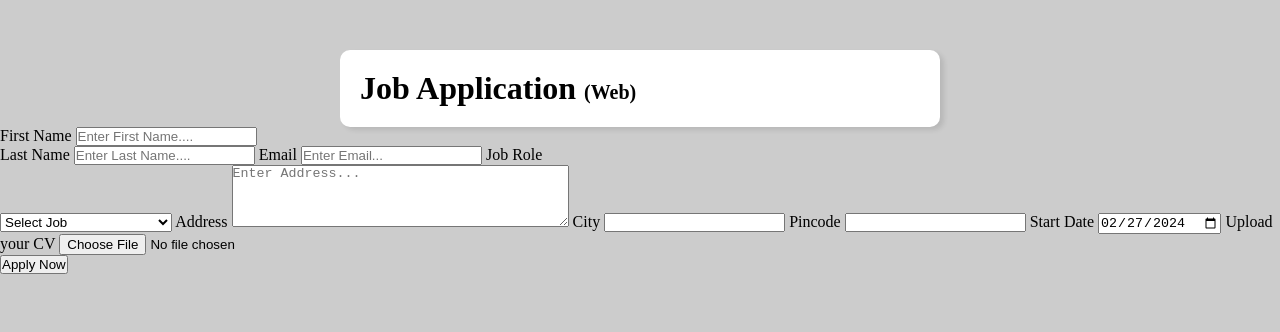
Repository: diensy/JOB-APPLICATION
Page: index.html
An editor plug-in stored every save of this project. The page is shown before and after the next save, followed by the edit.
The browser window is 1280 px wide. The pictures show the whole page.

Above is the page before, as saved 2024-02-27 20:36:58.

### index.html
<!DOCTYPE html>
<html lang="en">
  <head>
    <meta charset="UTF-8" />
    <meta name="viewport" content="width=device-width, initial-scale=1.0" />
    <title>Job Application Form</title>
    <link rel="stylesheet" href="Job_Application.css" />
  </head>
  <body>
    <div class="container">
      <div class="apply">
        <h1>Job Application <span class="web">(Web)</span></h1>
      </div>
    </div>
    <form action="">
      <div class="form_container">
        <div class="form_control">
          <label for="first">First Name</label>
          <input type="text" id="first" placeholder="Enter First Name...." />
        </div>
        <label for="last">Last Name</label>
        <input type="text" id="last" placeholder="Enter Last Name...." />
        <label for="Email">Email</label>
        <input type="email" id="Email" placeholder="Enter Email..." />
        <label for="Job">Job Role</label>
      </div>
      <select name="JobRole" id="Job">
        <option value="Select Job">Select Job</option>
        <option value="JAVA">JAVA DEVELOPER</option>
        <option value="WEB">WEB DEVELOPER</option>
        <option value="BACKEND">BACKEND DEVELOPER</option>
        <option value="MERN DEVELOPER">MERN DEVELOPER</option>
      </select>

      <label for="address">Address</label>

      <textarea
        name="Address"
        id="address"
        cols="40"
        rows="4"
        placeholder="Enter Address..."
      ></textarea>

      <label for="city">City</label>

      <input type="text" id="city" />

      <label for="pin">Pincode</label>

      <input type="text" id="pin" />

      <label for="date">Start Date</label>

      <input value="2024-02-27" type="date" name="date" id="date" />

      <label for="file">Upload your CV</label>

      <input type="file" id="file" />
    </form>
    <button class="applybutton" type="submit">Apply Now</button>
  </body>
</html>

### Job_Application.css
* {
  margin: 0;
  padding: 0;
  box-sizing: border-box;
}
body {
  background-color: #ccc;
}
.apply {
  max-width: 600px;
  padding: 20px;
  background-color: white;
  margin: 0 auto;
  margin-top: 50px;
  box-shadow: 4px 3px 5px rgb(1, 1, 1, 0.1);
  border-radius: 10px;
}
.web {
  font-size: 20px;
}
.applybutton {
}

After the next save:
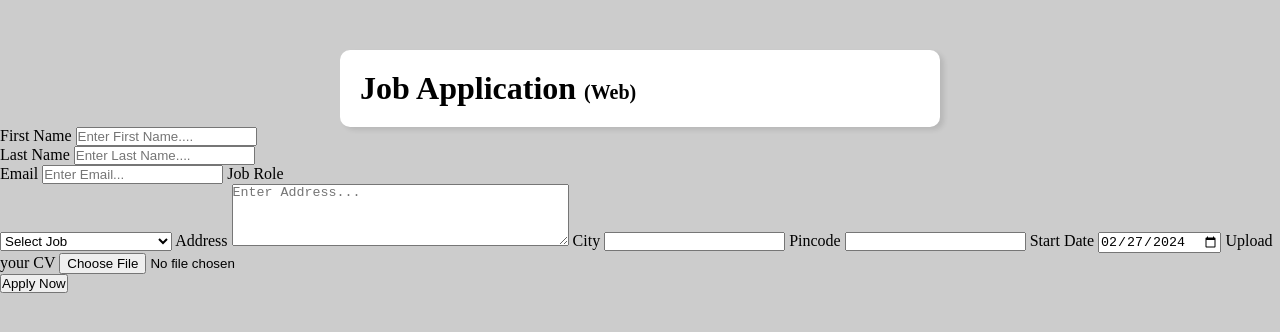
Saved 38 s later.
--- a/index.html
+++ b/index.html
@@ -18,8 +18,10 @@
           <label for="first">First Name</label>
           <input type="text" id="first" placeholder="Enter First Name...." />
         </div>
-        <label for="last">Last Name</label>
-        <input type="text" id="last" placeholder="Enter Last Name...." />
+        <div class="form_control">
+          <label for="last">Last Name</label>
+          <input type="text" id="last" placeholder="Enter Last Name...." />
+        </div>
         <label for="Email">Email</label>
         <input type="email" id="Email" placeholder="Enter Email..." />
         <label for="Job">Job Role</label>
